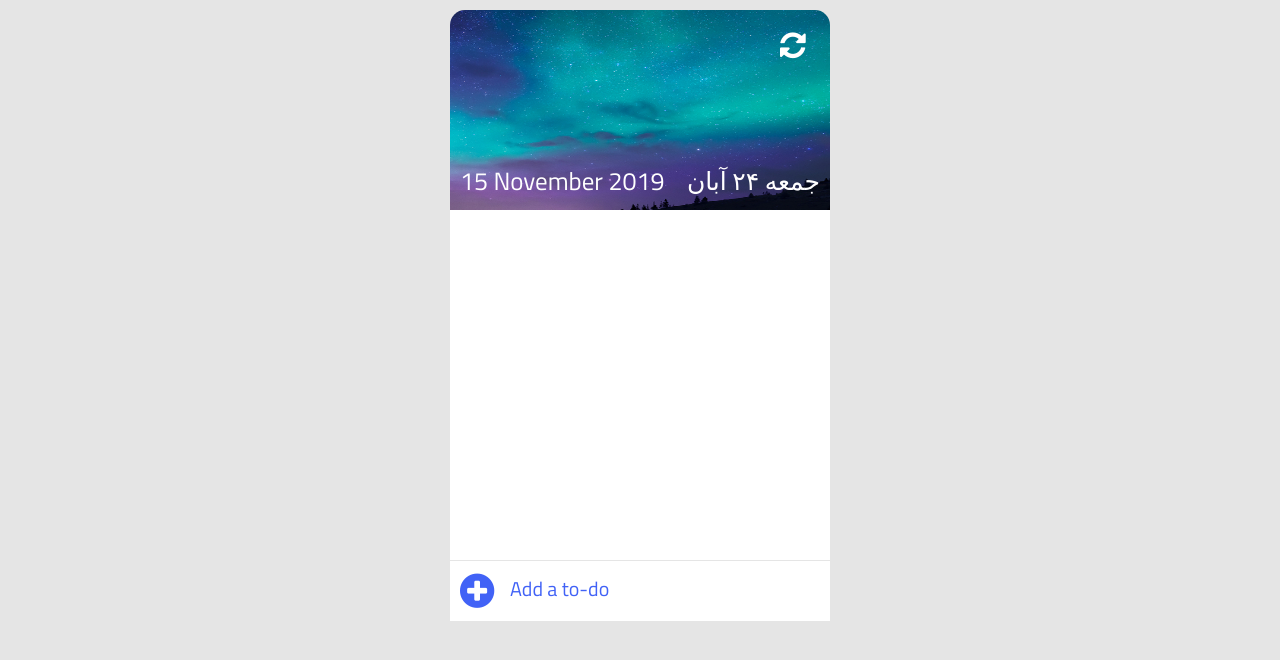
Repository: abouzarSoleymani/todo-js
Page: index.html
The author's editor kept a copy of each file at every save. The page is drawn from the files as they stood at one save, then again after the next save.
The browser window is 1280 px wide. The pictures show the whole page.
Some web libraries are served in a nearby version.

Above is the page before, as saved 2019-11-15 13:23:37.

### index.html
<!-- CODE EXPLAINED CHANNEL -->
<!DOCTYPE html>
<html lang="en">
<head>
    <meta charset="UTF-8">
    <title>JavaScript - To Do List</title>
    <link rel="stylesheet" href="https://fonts.googleapis.com/css?family=Titillium+Web">
    <script src="https://cdnjs.cloudflare.com/ajax/libs/moment.js/2.18.1/moment.min.js"></script>

    <link rel="stylesheet" href="css/font-awesome.css">
    <link rel="stylesheet" href="css/style.css">
</head>
<body>
    <div class="container">
        <div class="header">
            <div class="clear">
                <i class="fa fa-refresh"></i>
            </div>
            <div id="date"></div>
            <div id="date-fa"></div>
        </div>
        <div class="content">
            <ul id="list">
               <!--
                <li class="item">
                    <i class="fa fa-circle-thin co" job="complete" id="0"></i>
                    <p class="text">Drink Coffee</p>
                    <i class="fa fa-trash-o de" job="delete" id="0"></i>
                </li> -->
            </ul>
        </div>
        <div class="add-to-do">
            <i class="fa fa-plus-circle"></i>
            <input type="text" id="input" placeholder="Add a to-do">
        </div>
    </div>
    <script src="js/app.js"></script>
</body>
</html>

### css/style.css
/* ------------ youtube.com/CodeExplained ------------ */
body{
    padding: 0;
    margin: 0;
    background-color: rgba(0,0,0,0.1);
    font-family: 'Titillium Web', sans-serif;
}

/* ------------ container ------------ */
.container{
    padding:10px;
    width:380px;
    margin:0 auto;
}

/* ------------ header ------------ */
.header{
    width: 380px;
    height:200px;
    background-image: url('../img/bg2.jpg');
    background-size: 100% 200%;
    background-repeat: no-repeat;
    border-radius: 15px 15px 0 0;
    position: relative;
}
.clear{
    width : 30px;
    height: 30px;
    position: absolute;
    right:20px;
    top: 20px;
}
.clear i{
    font-size: 30px;
    color: #FFF;
}
.clear i:hover{
    cursor: pointer;
    text-shadow: 1px 3px 5px #000;
    transform: rotate(45deg);
}
#date{
    position: absolute;
    bottom: 10px;
    left: 10px;
    color: #FFF;
    font-size: 25px;
    font-family: 'Titillium Web', sans-serif;
}
#date-fa{
    position: absolute;
    bottom: 10px;
    right: 10px;
    color: #FFF;
    font-size: 25px;
    font-family: 'Titillium Web', sans-serif;
}

/* ------------ content ------------ */
.content{
    width:380px;
    height: 350px;
    max-height:350px;
    background-color: #FFF;
    overflow: auto;
}
.content::-webkit-scrollbar {
    display: none;
}
.content ul{
    padding:0;
    margin:0;
}
.item{
    width:380px;
    height: 45px;
    min-height: 45px;
    position: relative;
    border-bottom: 1px solid rgba(0,0,0,0.1);
    list-style: none;
    padding: 0;
    margin: 0;
}
.item i.co{
    position: absolute;
    font-size: 25px;
    padding-left:5px;
    left:15px;
    top:10px;
}
.item i.co:hover{
    cursor: pointer;
}
.fa-check-circle{
    color:#6eb200;
}
.item p.text{
    position: absolute;
    padding:0;
    margin:0;
    font-size: 20px;
    left:50px;
    top:5px;
    background-color: #FFF;
    max-width:285px;
}
.lineThrough{
    text-decoration: line-through;
    color : #ccc;
}
.item i.de{
    position: absolute;
    font-size: 25px;
    right:15px;
    top:10px;
}
.item i.de:hover{
    color:#af0000;
    cursor: pointer;
}
/* ------------ add item ------------ */
.add-to-do{
    position: relative;
    width: 360px;
    height:40px;
    background-color: #FFF;
    padding: 10px;
    border-top: 1px solid rgba(0,0,0,0.1);
}
.add-to-do i{
    position: absolute;
    font-size: 40px;
    color: #4162f6;
}

.add-to-do input{
    position: absolute;
    left: 50px;
    height: 35px;
    width: 310px;
    background-color: transparent;
    border: none;
    font-size: 20px;
    padding-left:10px;
}
.add-to-do input::-webkit-input-placeholder { /* Chrome/Opera/Safari */
    color: #4162f6;
    font-family: 'Titillium Web', sans-serif;
    font-size: 20px;
}
.add-to-do input::-moz-placeholder { /* Firefox 19+ */
    color: #4162f6;
    font-family: 'Titillium Web', sans-serif;
    font-size: 20px;
}
.add-to-do input:-ms-input-placeholder { /* IE 10+ */
    color: #4162f6;
    font-family: 'Titillium Web', sans-serif;
    font-size: 20px;
}
.add-to-do input:-moz-placeholder { /* Firefox 18- */
    color: #4162f6;
    font-family: 'Titillium Web', sans-serif;
    font-size: 20px;
}

### js/app.js
// CODE EXPLAINED channel

// Select the Elements
const clear = document.querySelector(".clear");
const dateElementEN = document.getElementById("date");
const dateElementFA = document.getElementById("date-fa");
const list = document.getElementById("list");
const input = document.getElementById("input");

// Classes names
const CHECK = "fa-check-circle";
const UNCHECK = "fa-circle-thin";
const LINE_THROUGH = "lineThrough";

// Variables
let LIST, id;

// get item from localstorage
let data = localStorage.getItem("TODO");

// check if data is not empty
if(data){
    LIST = JSON.parse(data);
    id = LIST.length; // set the id to the last one in the list
    loadList(LIST); // load the list to the user interface
}else{
    // if data isn't empty
    LIST = [];
    id = 0;
}

// load items to the user's interface
function loadList(array){
    array.forEach(function(item){
        addToDo(item.name, item.id, item.done, item.trash);
    });
}

// clear the local storage
clear.addEventListener("click", function(){
    localStorage.clear();
    location.reload();
});

// Show todays date
const optionsEN = {weekday : "long", month:"short", day:"numeric"};
const optionsFA = { weekday : "long", month:"short", day:"numeric"};
const today = new Date();
moment.locale('fa');
var formatted = moment(today).format('D MMMM YYYY');

dateElementEN.innerHTML = formatted;
dateElementFA.innerHTML = today.toLocaleDateString("fa", optionsFA);

// add to do function

function addToDo(toDo, id, done, trash){

    if(trash){ return; }

    const DONE = done ? CHECK : UNCHECK;
    const LINE = done ? LINE_THROUGH : "";

    const item = `<li class="item">
                    <i class="fa ${DONE} co" job="complete" id="${id}"></i>
                    <p class="text ${LINE}">${toDo}</p>
                    <i class="fa fa-trash-o de" job="delete" id="${id}"></i>
                  </li>
                `;

    const position = "beforeend";

    list.insertAdjacentHTML(position, item);
}

// add an item to the list user the enter key
document.addEventListener("keyup",function(even){
    if(event.keyCode == 13){
        const toDo = input.value;

        // if the input isn't empty
        if(toDo){
            addToDo(toDo, id, false, false);

            LIST.push({
                name : toDo,
                id : id,
                done : false,
                trash : false
            });

            // add item to localstorage ( this code must be added where the LIST array is updated)
            localStorage.setItem("TODO", JSON.stringify(LIST));

            id++;
        }
        input.value = "";
    }
});


// complete to do
function completeToDo(element){
    element.classList.toggle(CHECK);
    element.classList.toggle(UNCHECK);
    element.parentNode.querySelector(".text").classList.toggle(LINE_THROUGH);

    LIST[element.id].done = LIST[element.id].done ? false : true;
}

// remove to do
function removeToDo(element){
    element.parentNode.parentNode.removeChild(element.parentNode);

    LIST[element.id].trash = true;
}

// target the items created dynamically

list.addEventListener("click", function(event){
    const element = event.target; // return the clicked element inside list
    const elementJob = element.attributes.job.value; // complete or delete

    if(elementJob == "complete"){
        completeToDo(element);
    }else if(elementJob == "delete"){
        removeToDo(element);
    }

    // add item to localstorage ( this code must be added where the LIST array is updated)
    localStorage.setItem("TODO", JSON.stringify(LIST));
});

Loaded but not shown: css/font-awesome.css (library)

After the next save:
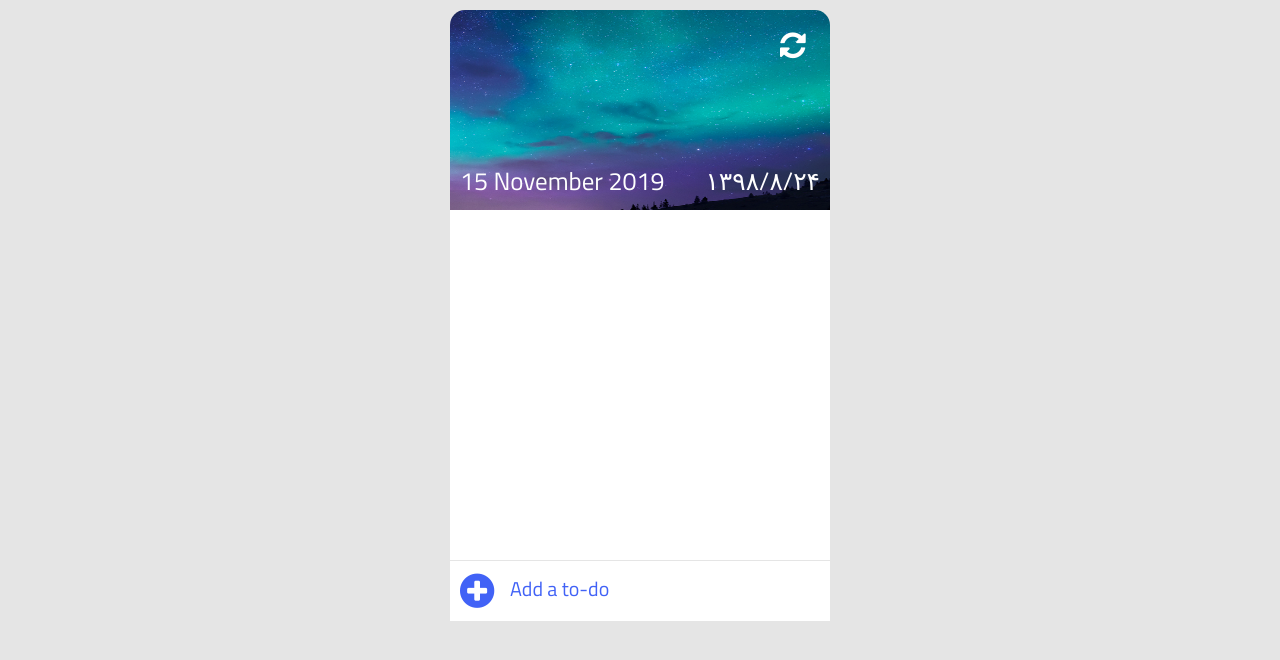
Saved 16 s later.
--- a/js/app.js
+++ b/js/app.js
@@ -44,7 +44,7 @@
 
 // Show todays date
 const optionsEN = {weekday : "long", month:"short", day:"numeric"};
-const optionsFA = { weekday : "long", month:"short", day:"numeric"};
+const optionsFA = { };
 const today = new Date();
 moment.locale('fa');
 var formatted = moment(today).format('D MMMM YYYY');

After the save that followed:
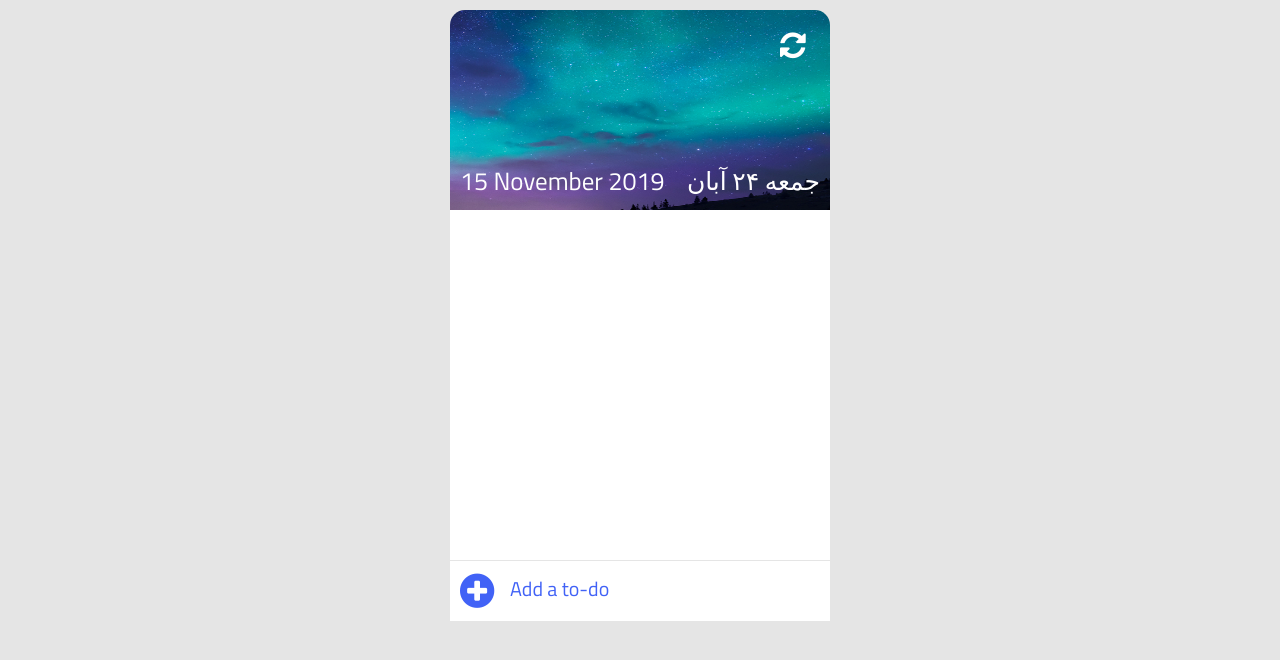
Saved 5 s later.
--- a/js/app.js
+++ b/js/app.js
@@ -44,7 +44,7 @@
 
 // Show todays date
 const optionsEN = {weekday : "long", month:"short", day:"numeric"};
-const optionsFA = { };
+const optionsFA = { weekday : "long", month:"short", day:"numeric"};
 const today = new Date();
 moment.locale('fa');
 var formatted = moment(today).format('D MMMM YYYY');
